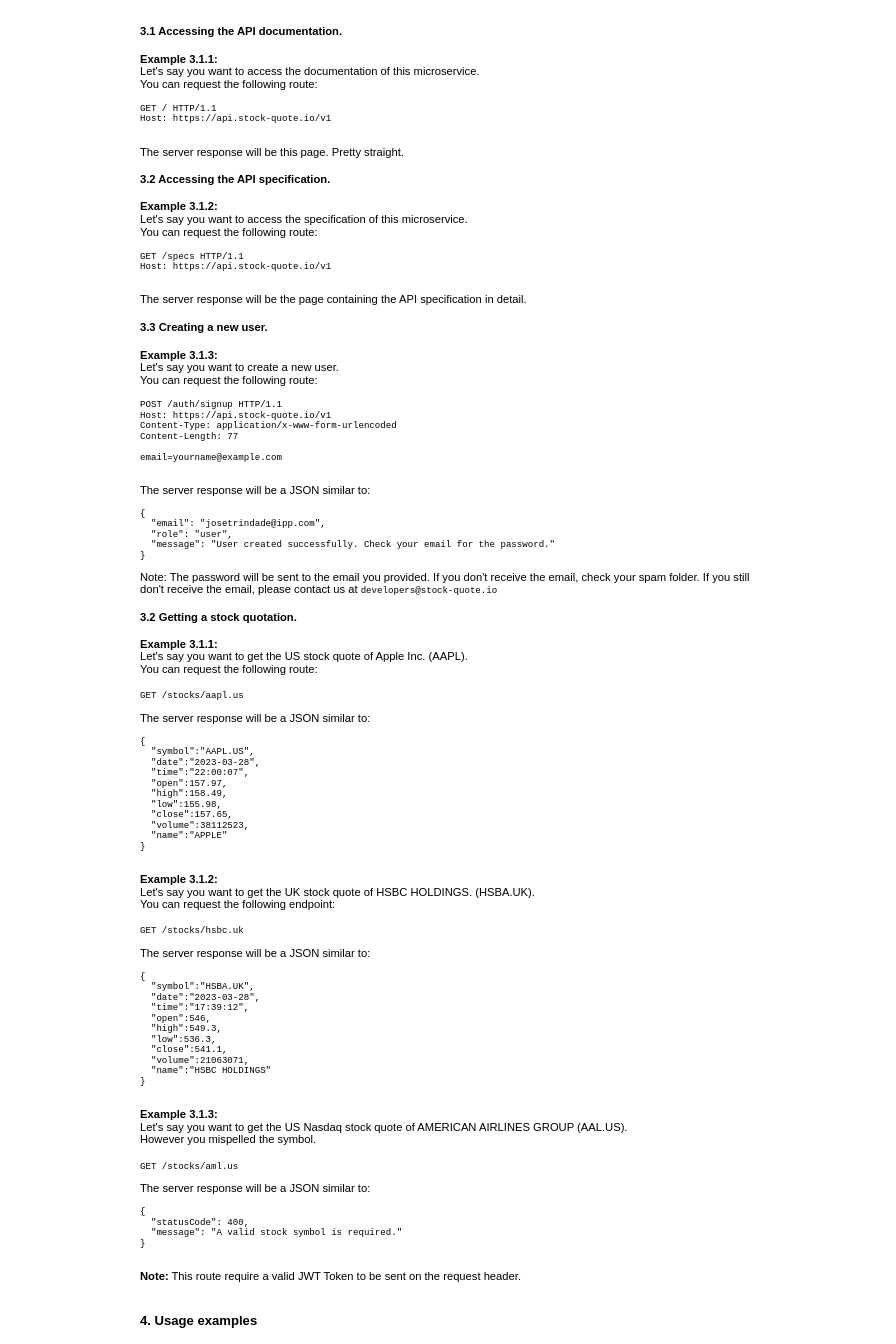
Repository: miguelamello/nest-js
Page: stock-service/documentation.html
An editor plug-in stored every save of this project. The page is shown before and after the next save, followed by the edit.
The browser window is 1280 px wide. The pictures show the part of the page from y = 1788 to 3708 px (the page is 4448 px tall before and 4482 px after), at 70% of full size.

Above is the page before, as saved 2023-04-02 21:48:07.

After the next save:
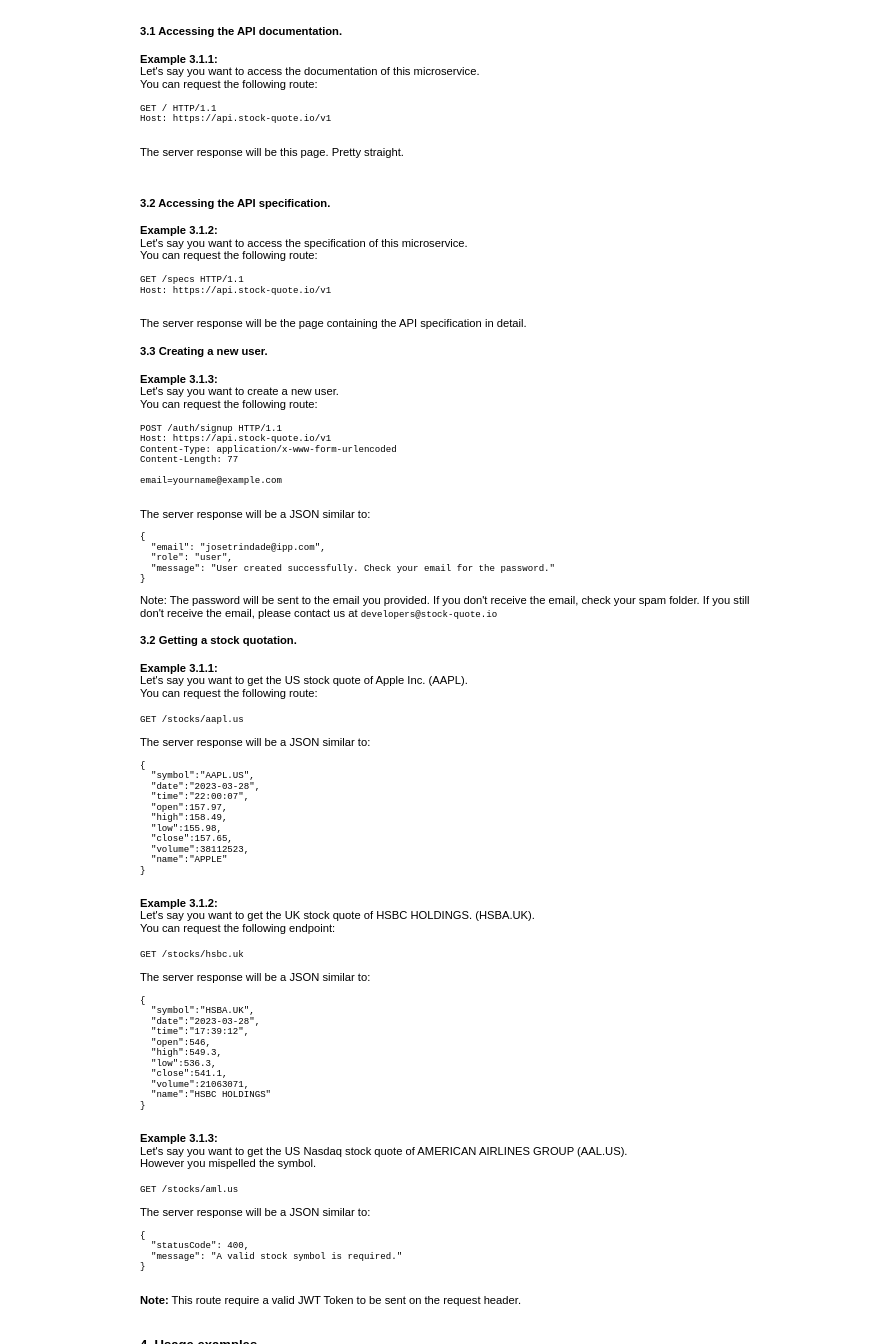
Saved 45 s later.
--- a/stock-service/documentation.html
+++ b/stock-service/documentation.html
@@ -165,7 +165,7 @@ Host: https://api.stock-quote.io/v1
     <p>The server response will be this page. Pretty straight.</p>
   </p>
 
-  <h4>3.2 Accessing the API specification.</h4>
+  <br><h4>3.2 Accessing the API specification.</h4>
 
   <p>
     <div><b>Example 3.1.2:</b></div>
